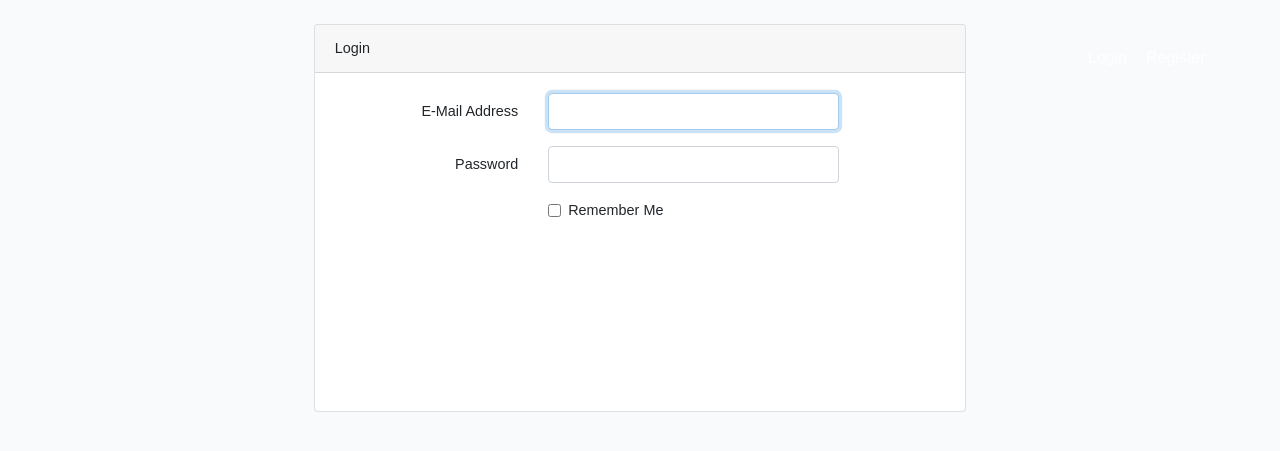
Repository: PatryxB/buildHouse
Page: http://localhost/login
These files come from the project's save history. The page is drawn as it stood at one moment and after the next save; the edit follows.
The browser window is 1280 px wide. The pictures show the whole page.
Some web fonts or font styles are not loaded; a fallback is used. The page is served by the project's Laravel application, run on PHP 8.4 with Laravel 8. Other server files are loaded and not shown. Style sheets and scripts are compiled from the project's sources, by tool versions that may differ from the author's.

Above is the page before, as saved 2020-04-30 20:34:37.

### resources/views/layouts/app.blade.php
<!doctype html>
<html lang="{{ str_replace('_', '-', app()->getLocale()) }}">
<head>
    <meta charset="utf-8">
    <meta name="viewport" content="width=device-width, initial-scale=1">

    <!-- CSRF Token -->
    <meta name="csrf-token" content="{{ csrf_token() }}">

    <title>{{ config('app.name', 'Laravel') }}</title>

    <!-- Scripts -->
    <script src="{{ asset('js/app.js') }}" defer></script>

    <!-- Fonts -->
    <link rel="dns-prefetch" href="//fonts.gstatic.com">
    <link href="https://fonts.googleapis.com/css?family=Nunito" rel="stylesheet">

    <!-- Styles -->
    <link href="{{ asset('css/app.css') }}" rel="stylesheet">
</head>
<body>
    <div id="app">
        <nav>
            @if (Route::has('login'))
                <div class="top-right links">
                    @auth
                        <a href="{{ url('/home') }}">Home</a>
                    @else
                        <a href="{{ route('login') }}">Login</a>

                        @if (Route::has('register'))
                            <a href="{{ route('register') }}">Register</a>
                        @endif
                    @endauth
                </div>
            @endif

        </nav>
        <main class="py-4">
            @yield('content')
        </main>
    </div>
</body>
</html>

### resources/sass/app.scss
// Fonts
@import url('https://fonts.googleapis.com/css?family=Nunito');
@import url('https://fonts.googleapis.com/css2?family=Varela+Round&display=swap');

// Variables
@import 'variables';

// Bootstrap
@import '~bootstrap/scss/bootstrap';

html, body{
    margin: 0;
    padding: 0;
    box-sizing: border-box;
    font-family: 'Varela Round', sans-serif;
}

.banner img{
    width: 100%;
    height: 75vh;
    background-repeat: no-repeat;
    position: relative;
}
nav{
    position: absolute;
    top: 8%;
    left: 89%;
    transform: translate(-50%, -50%);
}
nav a {
    color: white;
    font-size: 16px;
    margin-left: 15px;
}
.text-banner{
    color: white;
    position: absolute;
    top: 30%;
    left: 50%;
    transform: translate(-50%, -50%);
    text-align: center;
}
.btn{
    border: solid 2px white;
    background-color: transparent;
    color: white;
    margin-top: 100px;
    font-size: 18px;
    padding: 10px;
}
.btn:hover{
    background-color: white;
    color:rgba(92, 217, 255, 0.4);
}
.container{
    width: 80%;
    margin: 0 auto;
}
.info{
    float:left;
    margin-left: 30px;
}

Loaded but not shown: routes/web.php (common file); app/Http/Controllers/Auth/LoginController.php (common file); app/Http/Controllers/Controller.php (common file); app/Http/Controllers/Auth/ConfirmPasswordController.php (common file); resources/views/auth/login.blade.php (common file); resources/sass/_variables.scss (common file)

After the next save:
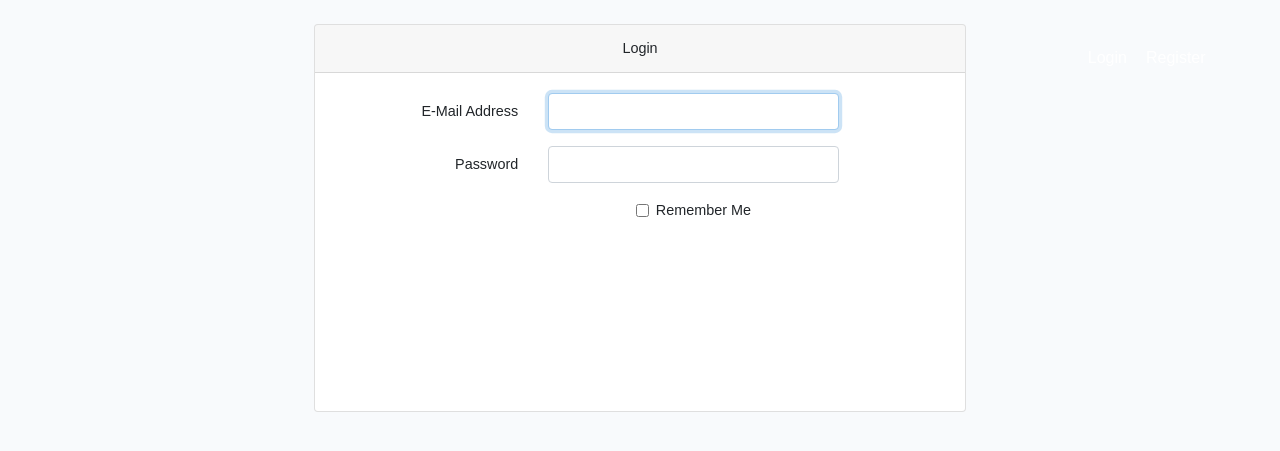
Saved 18 s later.
--- a/resources/sass/app.scss
+++ b/resources/sass/app.scss
@@ -55,8 +55,9 @@ nav a {
 .container{
     width: 80%;
     margin: 0 auto;
+    text-align: center;
 }
 .info{
     float:left;
-    margin-left: 30px;
+    // margin-left: 30px;
 }
